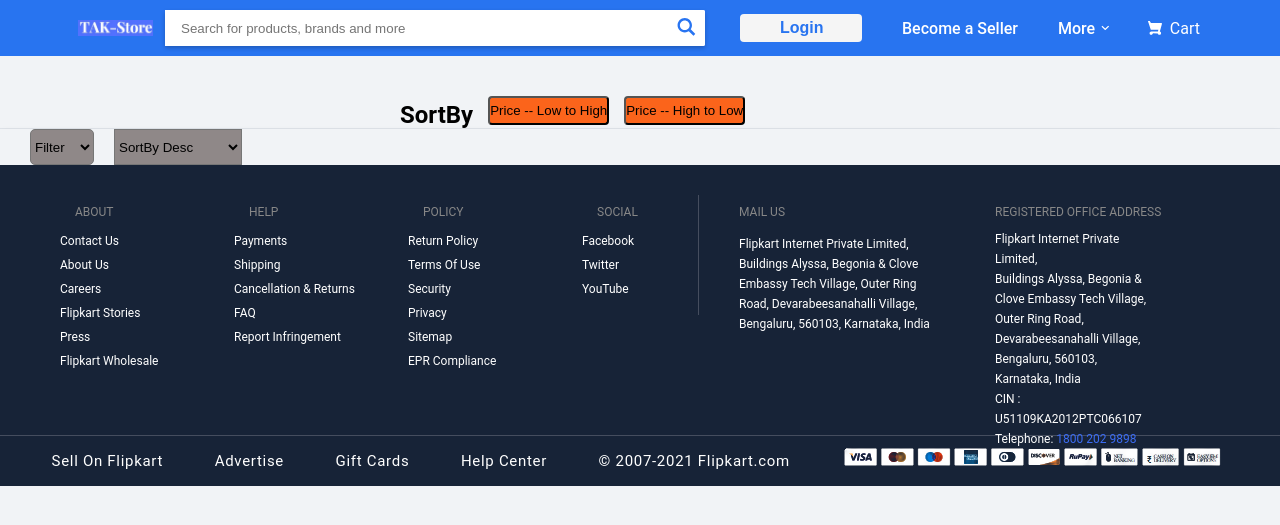
Repository: MSaifKhan01/TAK-Store
Page: PROJECT_Front/appliances.html
An editor plug-in stored every save of this project. The page is shown before and after the next save, followed by the edit.
The browser window is 1280 px wide. The pictures show the whole page.
The page's requests for data from a server got no answer.

Above is the page before, as saved 2023-07-22 01:19:44.

After the next save:
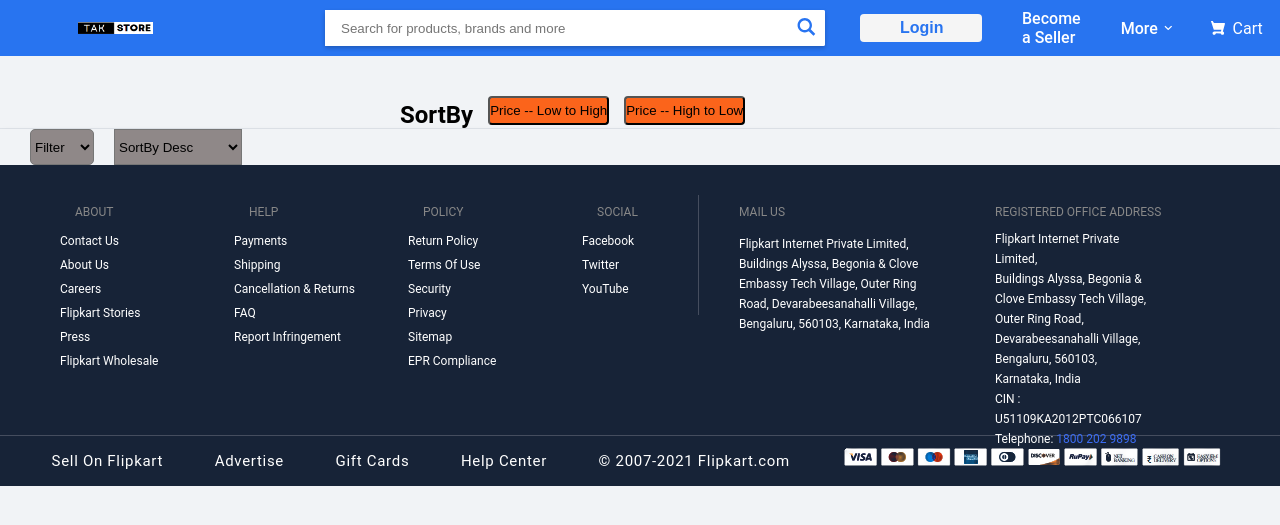
Saved 98 s later.
--- a/PROJECT_Front/appliances.html
+++ b/PROJECT_Front/appliances.html
@@ -7,6 +7,7 @@
     <meta name="viewport" content="width=device-width, initial-scale=1.0">
     <title>Document</title>
     <link rel="stylesheet" type="text/css" href="./CSS/appliences.css">
+    <link rel="stylesheet" type="text/css" href="./CSS/Index.css">
     <style>
 
     </style>
@@ -16,7 +17,7 @@
     <header>
         <div class="nav-container">
             <div class="logo">
-                <img src="./flipkart images/TAK_store4.jpg"
+                <img src="./flipkart images/Tak_logo.png"
                     alt="logo">
             </div>
             <div class="search">
